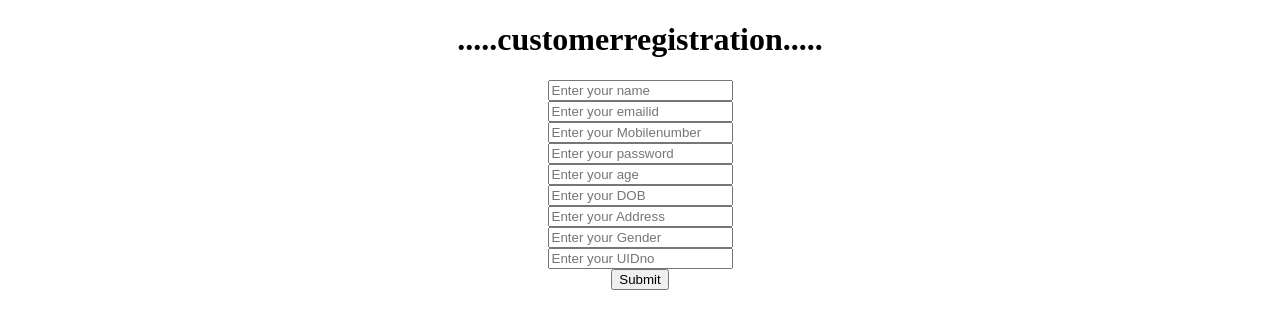
Repository: vinay14121997/test
Page: http://localhost/HotelManagementSystemByUsingSpringWebMVCWithClassConfig/CoustomerRegistration.jsp
The author's editor kept a copy of each file at every save. The page is drawn from the files as they stood at one save, then again after the next save.
The browser window is 1280 px wide. The pictures show the whole page.
The page is served by Tomcat 9. Other server files are loaded and not shown.

Above is the page before, as saved 2024-09-20 11:19:04.

### HotelManagementSystemByUsingSpringWebMVCWithClassConfig/src/main/webapp/CoustomerRegistration.jsp
<%@ page language="java" contentType="text/html; charset=ISO-8859-1"
    pageEncoding="ISO-8859-1"%>
<!DOCTYPE html>
<html>
<head>
<meta charset="ISO-8859-1">
<title>Insert title here</title>
</head>
<body>
<center>
<form action="customerregistration">
<h1>.....customerregistration.....</h1>
<input placeholder="Enter your name">
<br>
<input placeholder="Enter your emailid">
<br>
<input placeholder="Enter your Mobilenumber">
<br>
<input placeholder="Enter your password">
<br>
<input placeholder="Enter your age">
<br>
<input placeholder="Enter your DOB">
<br>
<input placeholder="Enter your Address">
<br>
<input placeholder="Enter your Gender">
<br>
<input placeholder="Enter your UIDno">
<br>
<input type="submit">
</form>
</center>
</body>
</html>

After the next save:
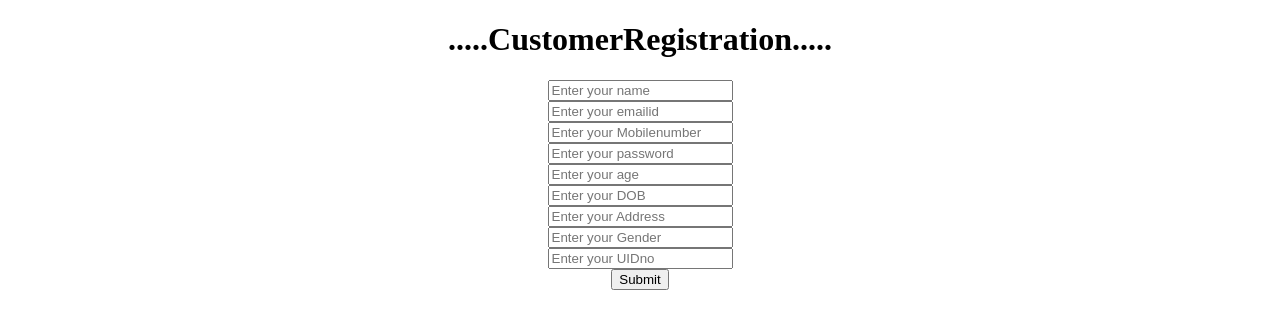
Saved 6 min 21 s later.
--- a/HotelManagementSystemByUsingSpringWebMVCWithClassConfig/src/main/webapp/CoustomerRegistration.jsp
+++ b/HotelManagementSystemByUsingSpringWebMVCWithClassConfig/src/main/webapp/CoustomerRegistration.jsp
@@ -9,7 +9,7 @@
 <body>
 <center>
 <form action="customerregistration">
-<h1>.....customerregistration.....</h1>
+<h1>.....CustomerRegistration.....</h1>
 <input placeholder="Enter your name">
 <br>
 <input placeholder="Enter your emailid">
